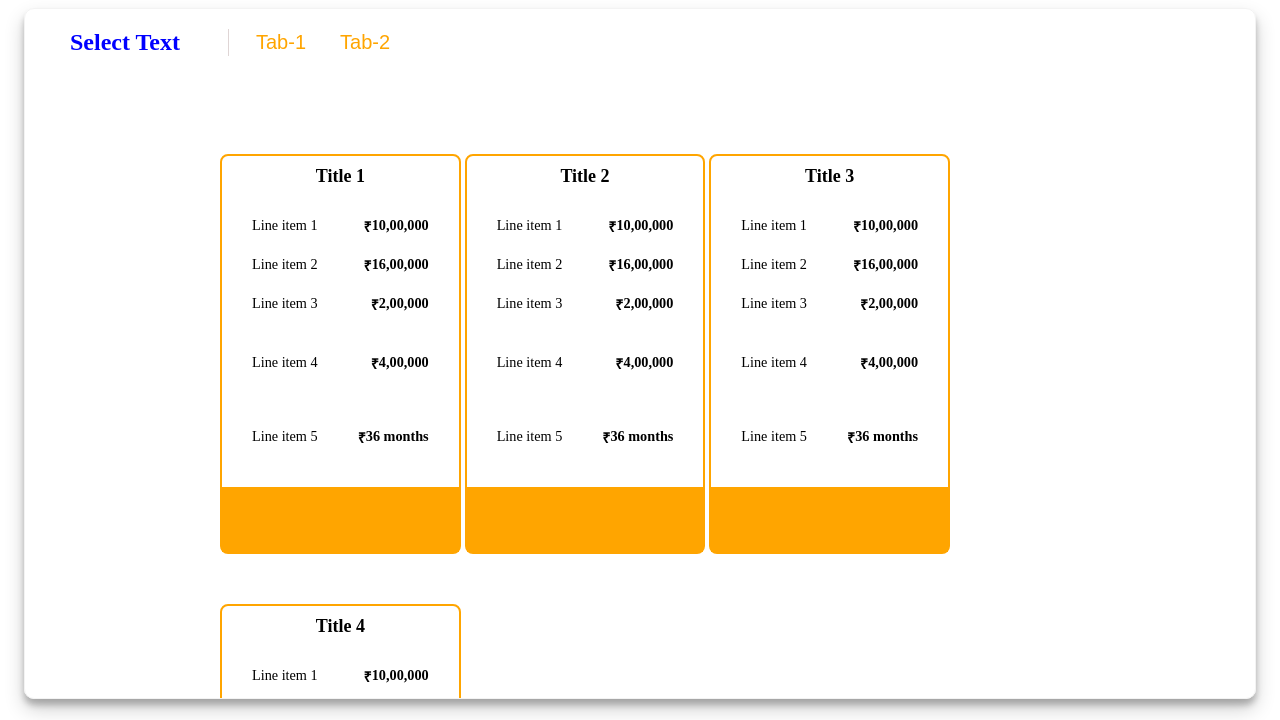
Repository: Adityanarayan-tiwari/Cardbox
Page: index.html
The author's editor kept a copy of each file at every save. The page is drawn from the files as they stood at one save, then again after the next save.
The browser window is 1280 px wide. The pictures show the whole page.

Above is the page before, as saved 2020-07-25 13:17:13.
Console error: SyntaxError: Unexpected identifier 'currentSlide'

After the next save:
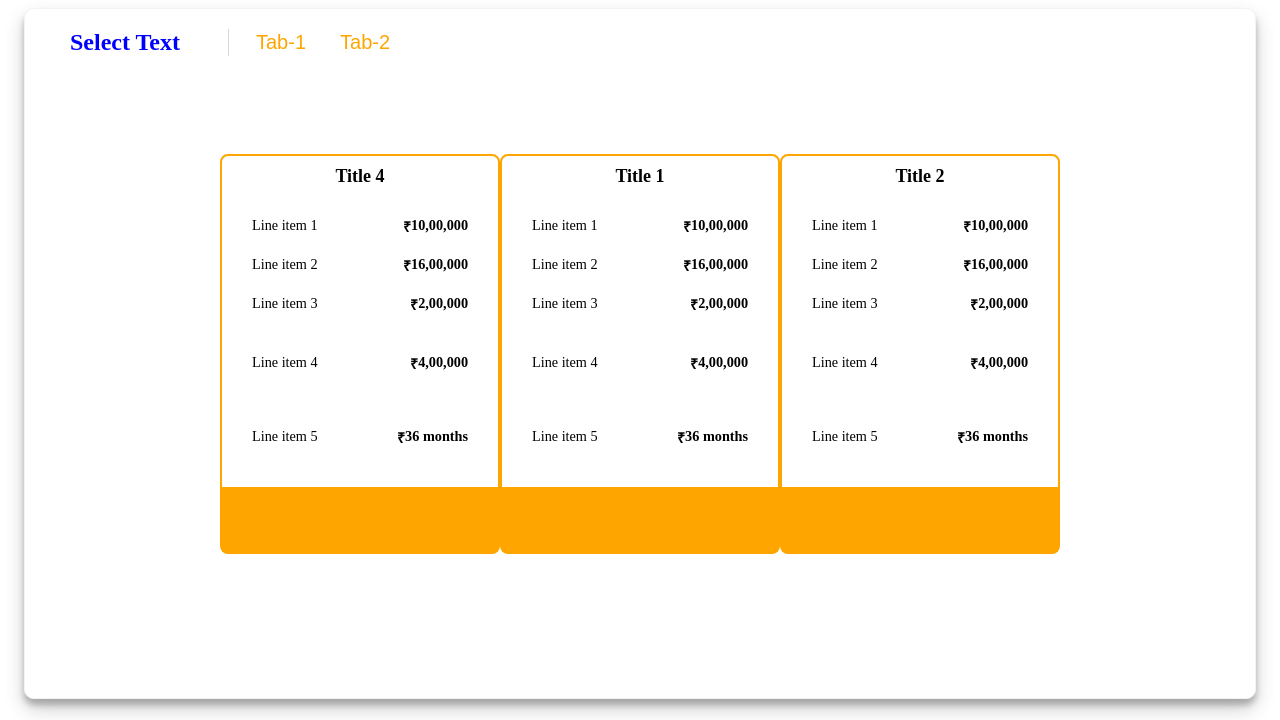
The error is gone.
Saved 5 s later.
--- a/index.js
+++ b/index.js
@@ -1,6 +1,6 @@
 $(document).ready(function(){
     $('.card-wrapper').slick({
-        var currentSlide  $('.your-element').slick('slickCurrentSlide');
+
     slidesToShow: 3,
     slidesToScroll: 1,
 
